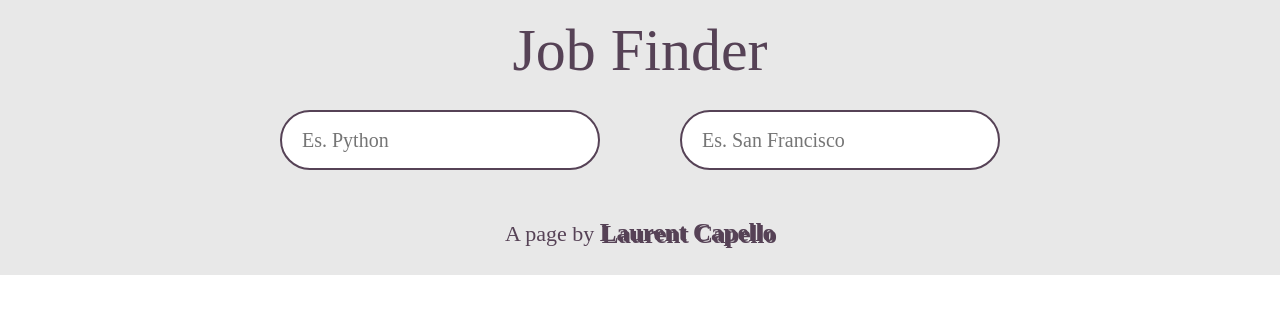
Repository: sokafootball/job-finder
Page: /
The author's editor kept a copy of each file at every save. The page is drawn from the files as they stood at one save, then again after the next save.
The browser window is 1280 px wide. The pictures show the whole page.
The page's requests for data from a server got no answer. The project was rebuilt for these pictures with package versions that can differ from the ones it lists, and the page was loaded fresh each time. No one was signed in, and anything a server would have sent is missing. Also part of the build but not shown: src/components/JobCard/JobCard.css, src/components/JobCard/JobCard.js.

Above is the page before, as saved 2020-10-23 14:43:13.

### src/index.js
import 'bootstrap/dist/css/bootstrap.css';
import React from 'react';
import ReactDOM from 'react-dom';
import './index.css';
import App from './components/App/App';
import * as serviceWorker from './serviceWorker';

ReactDOM.render(
  <React.StrictMode>
    <App />
  </React.StrictMode>,
  document.getElementById('root')
);

// If you want your app to work offline and load faster, you can change
// unregister() to register() below. Note this comes with some pitfalls.
// Learn more about service workers: https://bit.ly/CRA-PWA
serviceWorker.unregister();

### src/index.css
body {
  margin: 0;
  font-family: -apple-system, BlinkMacSystemFont, 'Segoe UI', 'Roboto', 'Oxygen',
    'Ubuntu', 'Cantarell', 'Fira Sans', 'Droid Sans', 'Helvetica Neue',
    sans-serif;
  -webkit-font-smoothing: antialiased;
  -moz-osx-font-smoothing: grayscale;
}

code {
  font-family: source-code-pro, Menlo, Monaco, Consolas, 'Courier New',
    monospace;
}

/* http://meyerweb.com/eric/tools/css/reset/
   v2.0 | 20110126
   License: none (public domain)
*/

html, body, div, span, applet, object, iframe,
h1, h2, h3, h4, h5, h6, p, blockquote, pre,
a, abbr, acronym, address, big, cite, code,
del, dfn, em, img, ins, kbd, q, s, samp,
small, strike, strong, sub, sup, tt, var,
b, u, i, center,
dl, dt, dd, ol, ul, li,
fieldset, form, label, legend,
table, caption, tbody, tfoot, thead, tr, th, td,
article, aside, canvas, details, embed,
figure, figcaption, footer, header, hgroup,
menu, nav, output, ruby, section, summary,
time, mark, audio, video {
	margin: 0;
	padding: 0;
	border: 0;
	font-size: 100%;
	font: inherit;
	vertical-align: baseline;
}
/* HTML5 display-role reset for older browsers */
article, aside, details, figcaption, figure,
footer, header, hgroup, menu, nav, section {
	display: block;
}
body {
	line-height: 1;
}
ol, ul {
	list-style: none;
}
blockquote, q {
	quotes: none;
}
blockquote:before, blockquote:after,
q:before, q:after {
	content: '';
	content: none;
}
table {
	border-collapse: collapse;
	border-spacing: 0;
}

### src/components/App/App.js
import React from 'react';
import './App.css';
import Footer from "../Footer/Footer"
import Header from "../Header/Header"
import MainContent from "../MainContent/MainContent"
import Background from "../../background.jpg"

function App() {


  const style ={
    backgroundColor: "hsl(206, 29%, 66%)"
  }

  return (
    <div id="main-div">
      <Header />
      <MainContent />
      <Footer />
    </div>
  );
}

export default App;

### src/components/App/App.css
:root{
  --background-color: #E8E8E8;
  --cards-bg-color: white;
  --font-color: #564256;
  --border-color: #564256;
  --job-title-color: #fc814a;
  --card-element-gap: 10px;
}

.App {
  text-align: center;
}

.App-logo {
  height: 40vmin;
  pointer-events: none;
}

@media (prefers-reduced-motion: no-preference) {
  .App-logo {
    animation: App-logo-spin infinite 20s linear;
  }
}

.App-header {
  min-height: 100vh;
  display: flex;
  flex-direction: column;
  align-items: center;
  justify-content: center;
  font-size: calc(10px + 2vmin);
  color: white;
}

.App-link {
  color: #61dafb;
}

@keyframes App-logo-spin {
  from {
    transform: rotate(0deg);
  }
  to {
    transform: rotate(360deg);
  }
}

#main-div{
  background-color: var(--background-color);
  align-items: center;
  display: flex;
  flex-direction: column;
  color: var(--font-color);
}

### src/components/Footer/Footer.js
import React from 'react';
import './Footer.css';

function Footer(){
  return (
    <p id="footer">A page by <span id="signature">Laurent Capello</span></p>
  )
}

export default Footer

### src/components/Header/Header.js
import React from 'react';
import './Header.css';

function Header(){
  return (
      <p id="title">Job Finder</p>
  )
}

export default Header

### src/components/MainContent/MainContent.js
import React, {useState, useEffect, useCallback} from 'react';
import _ from 'lodash';
import './MainContent.css';
import SearchForm from "../SearchForm/SearchForm"
import JobCard from "../JobCard/JobCard"

function MainContent(){
  const[jobCards, setJobCards] = useState([])
  const[data, setData] = useState([])
  const[userInput, setUserInput] = useState({
    description: "",
    location: "",
    fullTime: true
  })

  const handleFormChange = e => {
    const {name, value, type, checked} = e.target
    type === "checkbox"
      ? setUserInput({...userInput, [name]: checked})
      : setUserInput({...userInput,[name]: value})
  }

  const buildUrl = () => {
    let url = "https://jobs.github.com/positions.json?"
    url += userInput.description ? `&description=${userInput.description}` : ""
    url += userInput.location ? `&location=${userInput.location}` : ""
    url += userInput.fullTime ? `&full_time=${userInput.fullTime}` : ""
    return url
    }

  const getData = url => {
    fetch(url)
    .then(response => response.json())
    .then(data => setData(data))
  }

  const debouncedGetData = useCallback(_.debounce(getData, 1500,{leading: true}),[])

  useEffect(() => {
    const url = buildUrl()
    debouncedGetData(url)
  // eslint-disable-next-line react-hooks/exhaustive-deps
  }, [userInput])

  useEffect(() => {
    let cards = []
    if(data.length !== 0) {
      cards = data.map(job => {
        return <JobCard
          key={job.id}
          date={job.created_at}
          logo={job.company_logo}
          company={job.company}
          location={job.location}
          type={job.type}
          title={job.title}
          url={job.url}
          description={job.description}
        />
     })
    }
    setJobCards(cards)
  // eslint-disable-next-line react-hooks/exhaustive-deps
  }, [data])

    return (
      <div id="main">
        <SearchForm
          handleFormChange={handleFormChange}
          userInput={userInput}
        />
        {jobCards}
      </div>
    )
}

export default MainContent

### src/components/Footer/Footer.css
#footer{
  font-size: 22px;
  margin: 20px 0px 30px 0px;
}

#signature{
  text-shadow: var(--border-color) 2px 2px;
  font-size: 25px;
  font-weight: 800;
}

### src/components/Header/Header.css
#title{
  font-size: 60px;
  margin-top: 20px;
}

### src/components/MainContent/MainContent.css
#main{
  align-items: center;
  display: flex;
  flex-direction: column;
  justify-content: space-between;
}

### src/components/SearchForm/SearchForm.js
import React from 'react';
import './SearchForm.css';

function SearchForm(props){
  return (
    <div id="form-container">
        <input
          className="input-text"
          name="description"
          type="text"
          onChange={e => props.handleFormChange(e)}
          placeholder="Es. Python"
          value={props.userInput.description}
        />
        <input
          className="input-text"
          name="location"
          type="text"
          onChange={e => props.handleFormChange(e)}
          placeholder="Es. San Francisco"
          value={props.userInput.location}
        />
    </div>
  )
}

export default SearchForm

### src/components/SearchForm/SearchForm.css
input{
  cursor: pointer;
}

.input-text {
  background-color: var(--cards-bg-color);
  border: 2px solid var(--border-color);
  border-radius: 30px;
  color: var(--font-color);
  font-size: 20px;
  height: 60px;
  outline: none;
  padding: 0px 20px;
  width: 40%;
}

#form-container{
  display: flex;
  justify-content: space-around;
  margin: 30px;
  width: 800px;
}

Loaded but not shown: public/index.html (common file); src/serviceWorker.js (common file)

After the next save:
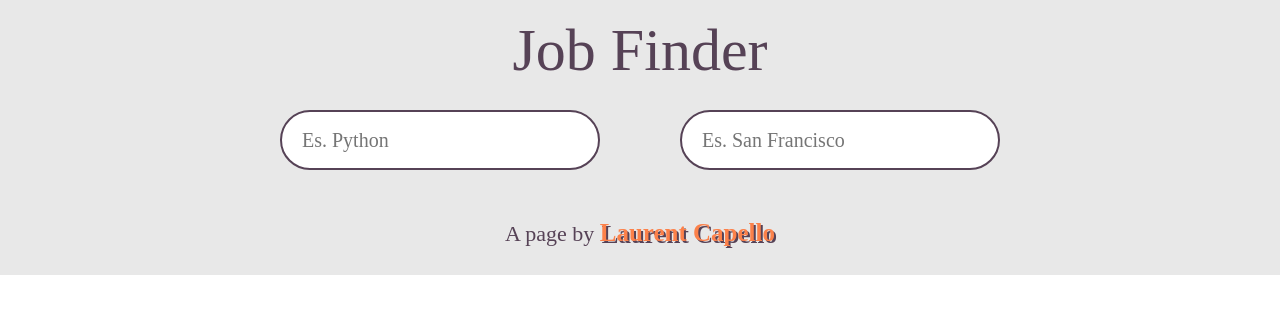
Saved 26 s later.
--- a/src/components/Footer/Footer.css
+++ b/src/components/Footer/Footer.css
@@ -4,6 +4,7 @@
 }
 
 #signature{
+  color:var(--job-title-color);
   text-shadow: var(--border-color) 2px 2px;
   font-size: 25px;
   font-weight: 800;
